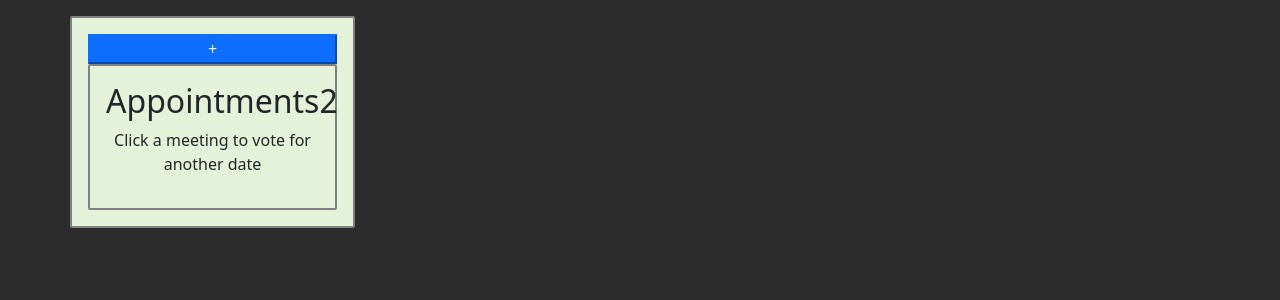
Repository: wlichon/Semesterprojekt
Page: index.html
These files come from the project's save history. The page is drawn as it stood at one moment and after the next save; the edit follows.
The browser window is 1280 px wide. The pictures show the whole page.
The page's requests for data from a server got no answer. Some web libraries are served in a nearby version.

Above is the page before, as saved 2022-04-22 17:52:03.

After the next save:
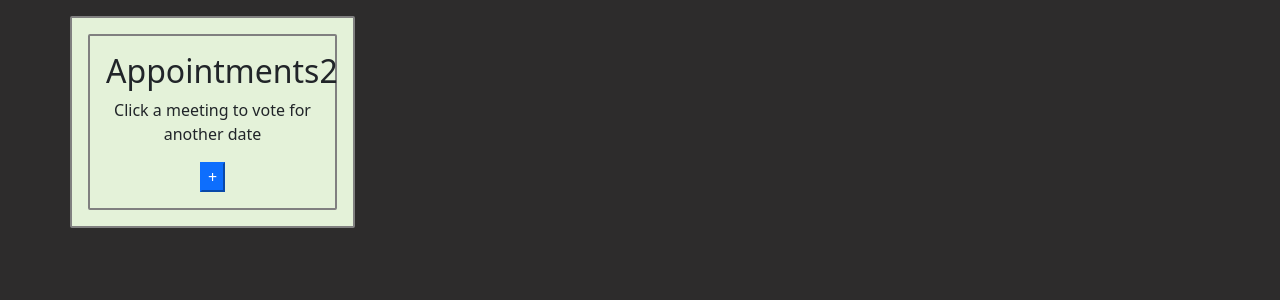
Saved 26 s later.
--- a/index.html
+++ b/index.html
@@ -20,10 +20,10 @@
         <div class="events row flex-grow-1" id="events">
             <div class="col-md-3 d-flex justify-content-between" style="flex-direction: column">
 
-                <button class = "btn-primary"> + </button>
-                        <div class="col">
-                           <h2 class="align-self-center">Appointments2</h2>
-                           <p class="">Click a meeting to vote for another date</p>
+                <div class="col">
+                    <h2 class="align-self-center">Appointments2</h2>
+                    <p class="">Click a meeting to vote for another date</p>
+                    <button class = "btn-primary"> + </button>
                         </div>
 
 
